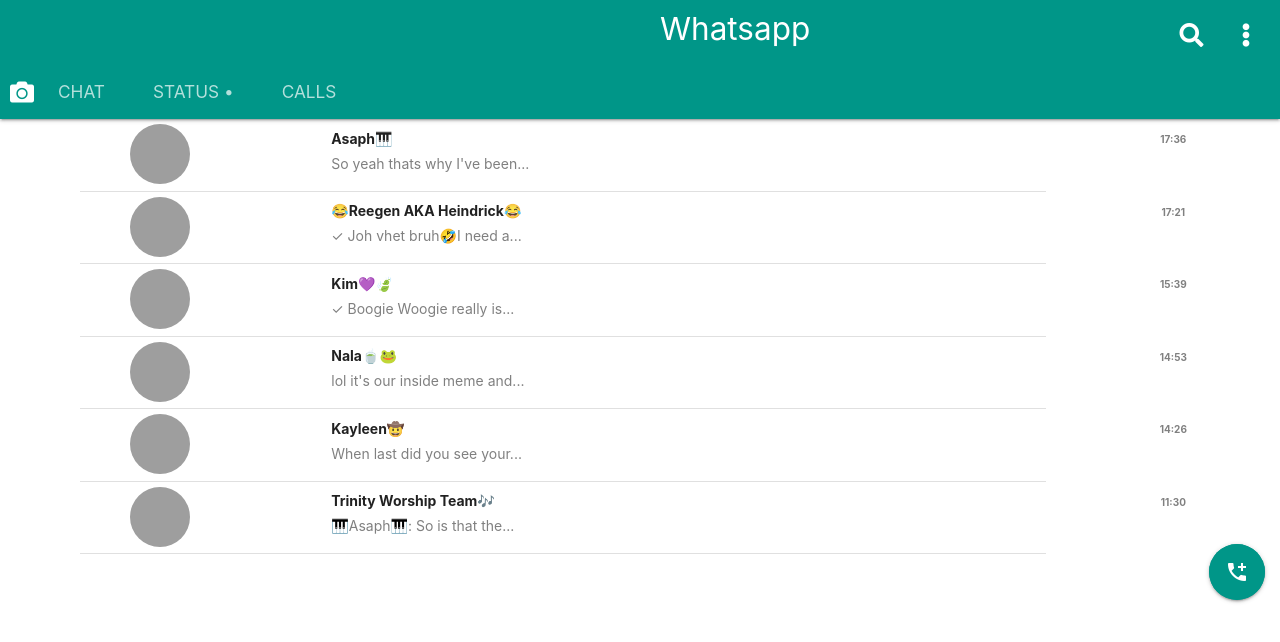
Repository: Ajtheult/Whatsapp_recreation
Page: /calls
These files come from the project's save history. The page is drawn as it stood at one moment and after the next save; the edit follows.
The browser window is 1280 px wide. The pictures show the whole page.
Pictures or frames that could not be fetched are drawn as grey boxes. The project was rebuilt for these pictures with package versions that can differ from the ones it lists, and the page was loaded fresh each time. Also part of the build but not shown: src/components/layout/pages/ChatMenu.js, src/components/layout/pages/StatusMenu.js, src/components/layout/pages/preapp/LandingPage.js.

Above is the page before, as saved 2020-08-03 10:47:54.

After the next save:
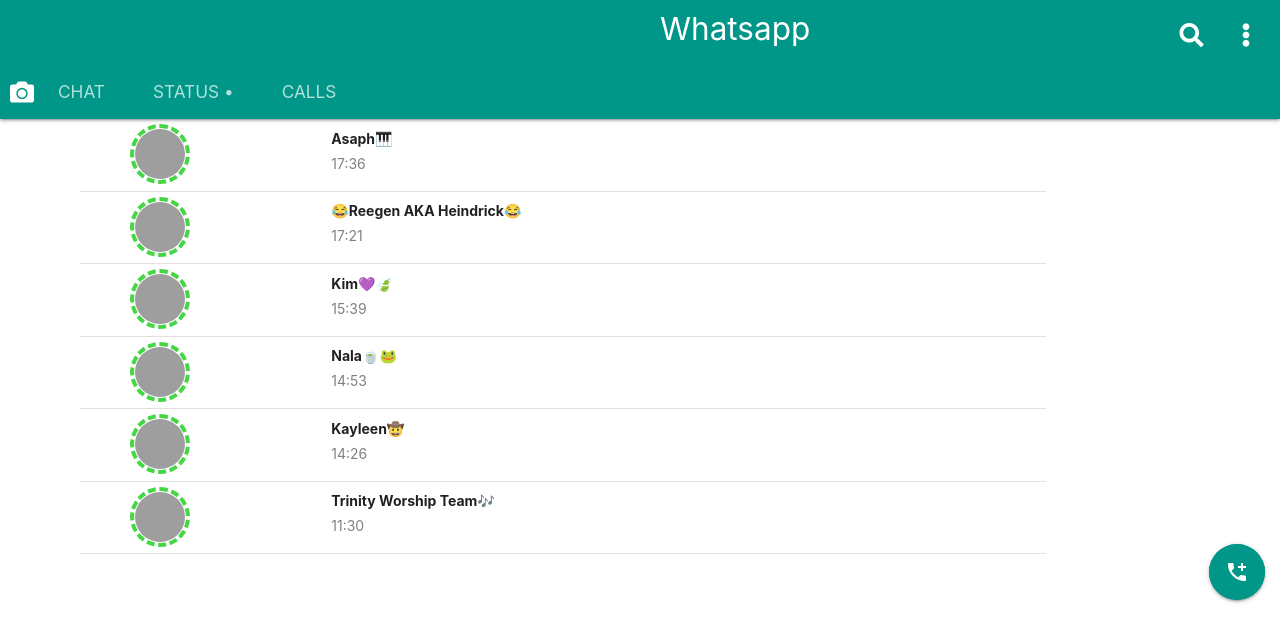
Saved 2 min 1 s later.
--- a/src/components/layout/pages/CallMenu.js
+++ b/src/components/layout/pages/CallMenu.js
@@ -57,16 +57,16 @@
           <div key={idx}>
             <div className="col s3">
               <img
-                className="profile_pictures"
+                className="profile_picture_status"
                 src={contact.img}
                 alt={contact.name}
               />
             </div>
-            <div className="col s7 chat_menu_text">
+            <div className="col s9 chat_menu_text">
               <h6 className="contact_name_cm">{contact.name}</h6>
-              <p className="contact_menu_messages">{contact.message}</p>
+              <p className="contact_menu_messages">{contact.time}</p>
             </div>
-            <div className="col s2 cm_time">{contact.time}</div>
+
             <div className="divider decrease_height" />
           </div>
         ))}

After the save that followed:
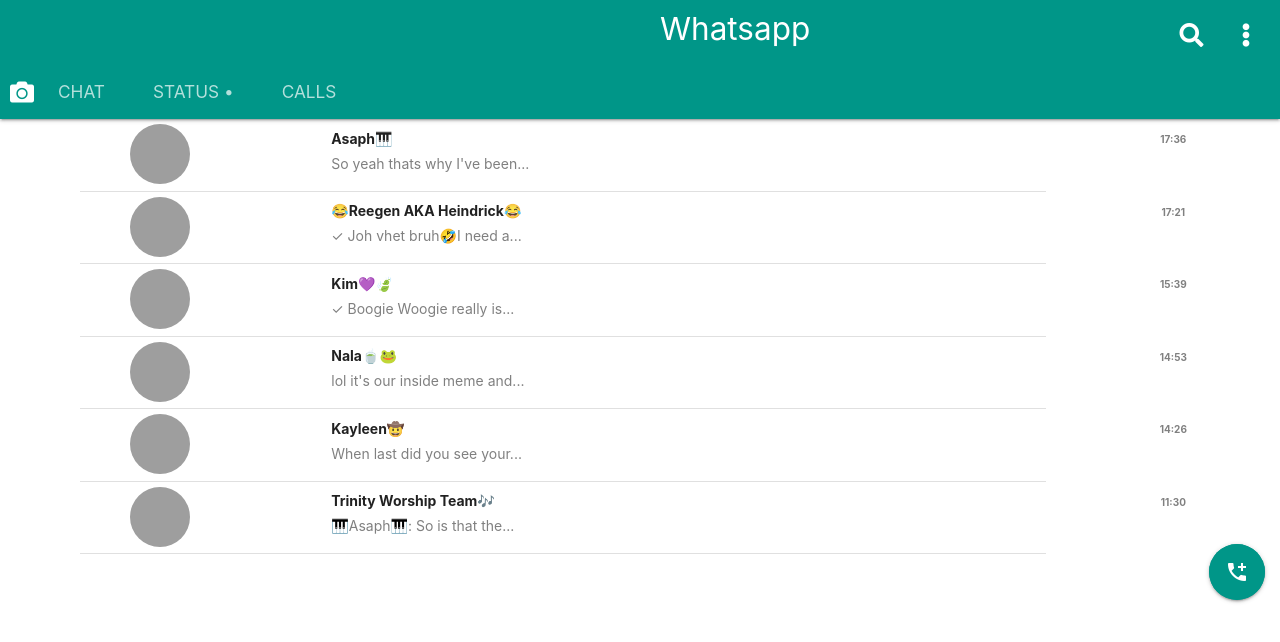
Saved 13 s later.
--- a/src/components/layout/pages/CallMenu.js
+++ b/src/components/layout/pages/CallMenu.js
@@ -57,16 +57,16 @@
           <div key={idx}>
             <div className="col s3">
               <img
-                className="profile_picture_status"
+                className="profile_pictures"
                 src={contact.img}
                 alt={contact.name}
               />
             </div>
-            <div className="col s9 chat_menu_text">
+            <div className="col s7 chat_menu_text">
               <h6 className="contact_name_cm">{contact.name}</h6>
-              <p className="contact_menu_messages">{contact.time}</p>
+              <p className="contact_menu_messages">{contact.message}</p>
             </div>
-
+            <div className="col s2 cm_time">{contact.time}</div>
             <div className="divider decrease_height" />
           </div>
         ))}
